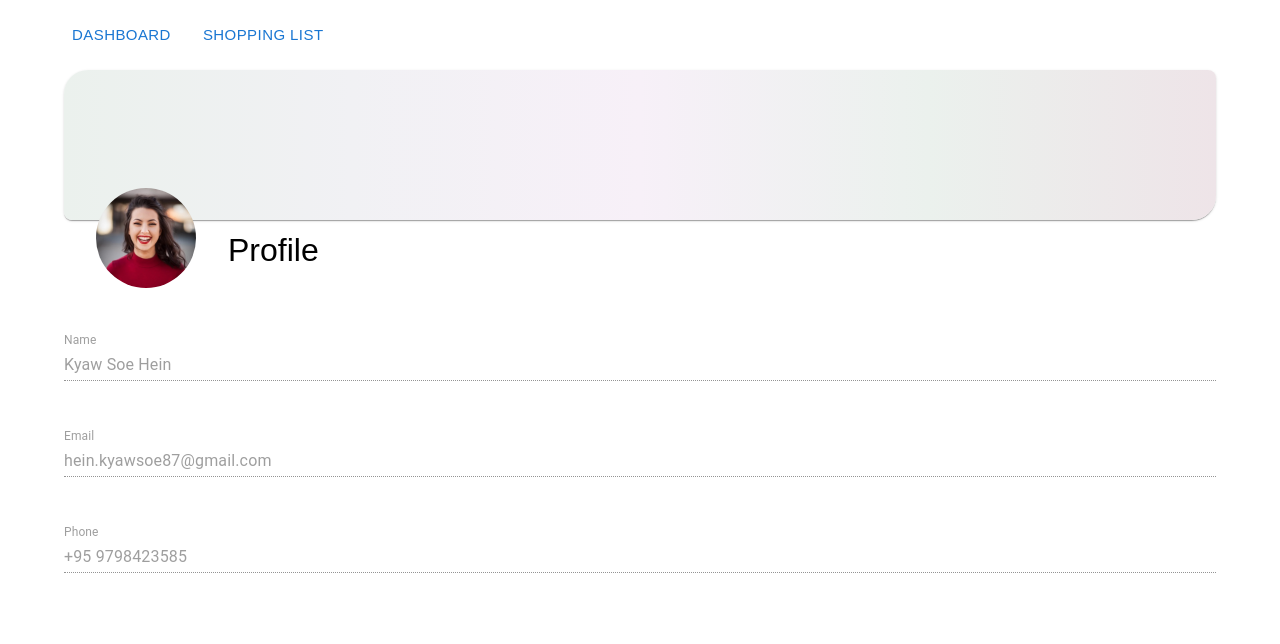
Repository: KyawSoeHein/GoogleAuthReact
Page: /
These files come from the project's save history. The page is drawn as it stood at one moment and after the next save; the edit follows.
The browser window is 1280 px wide. The pictures show the whole page.
The project was rebuilt for these pictures with package versions that can differ from the ones it lists, and the page was loaded fresh each time.

Above is the page before, as saved 2022-02-14 20:20:01.

After the next save:
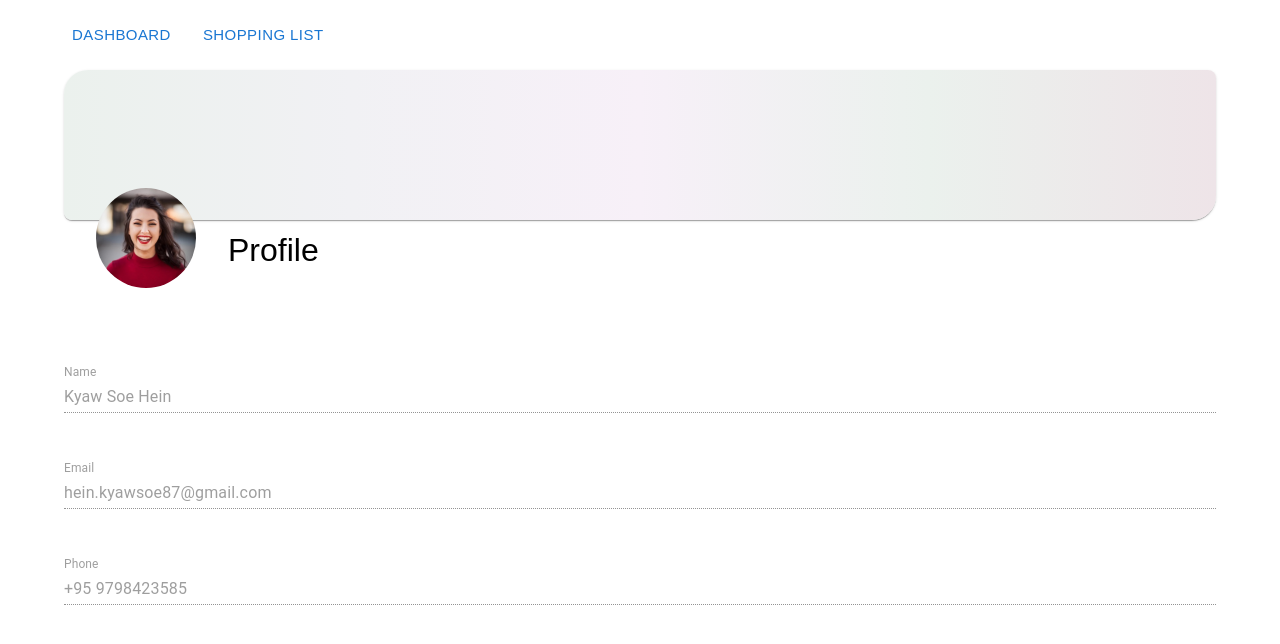
Saved 7 s later.
--- a/src/View/Dashboard.tsx
+++ b/src/View/Dashboard.tsx
@@ -16,7 +16,7 @@
           <CoverAndProfilePhoto />
         </div>
 
-        <div style={{ marginTop: 32 }}>
+        <div style={{ marginTop: 64 }}>
           <UserInfo />
         </div>
       </Container>

After the save that followed:
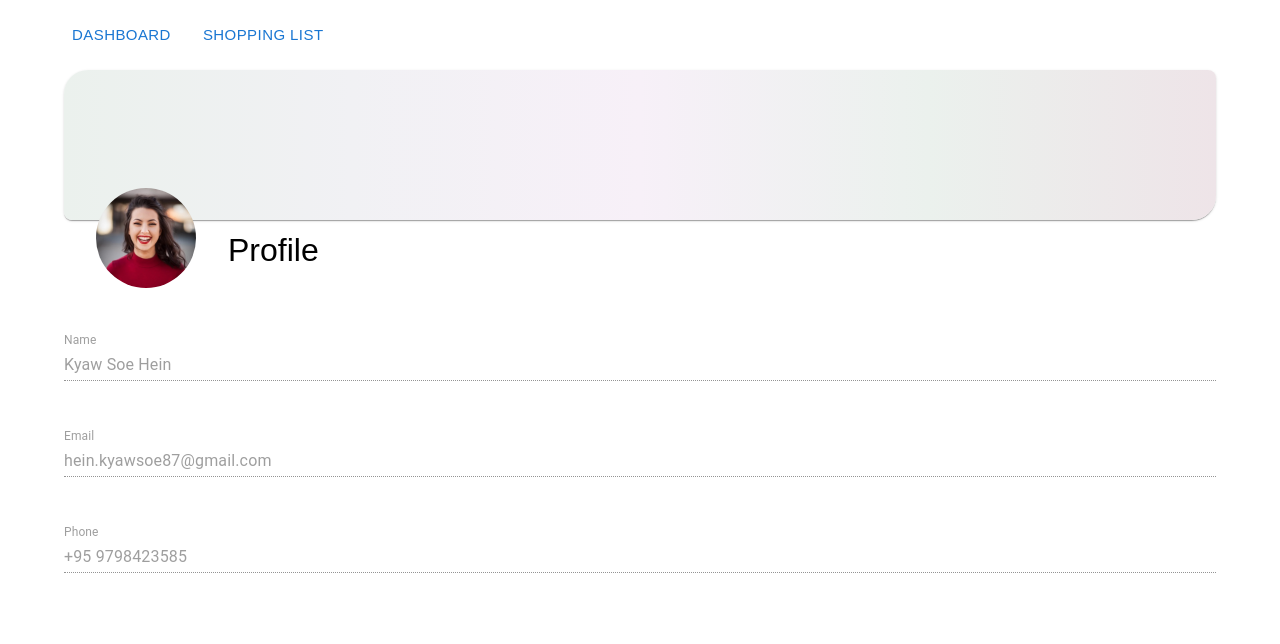
Saved 7 s later.
--- a/src/View/Dashboard.tsx
+++ b/src/View/Dashboard.tsx
@@ -16,7 +16,7 @@
           <CoverAndProfilePhoto />
         </div>
 
-        <div style={{ marginTop: 64 }}>
+        <div style={{ marginTop: 32 }}>
           <UserInfo />
         </div>
       </Container>
